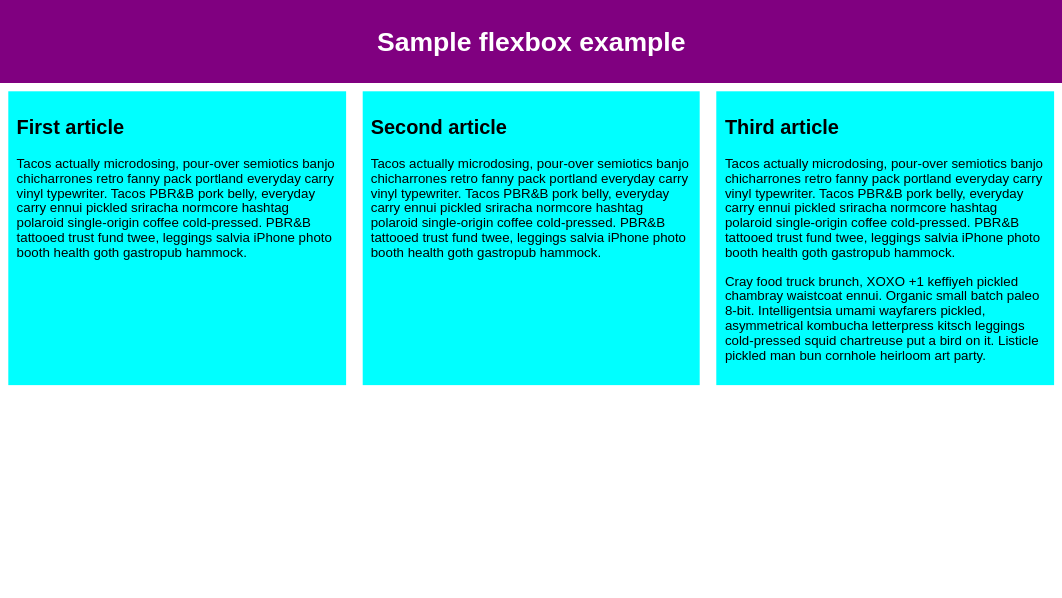
Repository: Valhally/web-projects
Page: sample-site/index.html
These files come from the project's save history. The page is drawn as it stood at one moment and after the next save; the edit follows.
The browser window is 1280 px wide. The pictures show the whole page, at 83% of full size.

Above is the page before, as saved 2021-09-01 15:56:23.

### sample-site/index.html
<!DOCTYPE html>
<html>
  <head>
    <meta charset="utf-8">
    <title>Flexbox 0 — starting code</title>
    <style>
      html {
        font-family: sans-serif;
      }

      body {
        margin: 0;
      }

      header {
        background: purple;
        height: 100px;
      }

      section {
        display: flex;
      }

      h1 {
        text-align: center;
        color: white;
        line-height: 100px;
        margin: 0;
      }

      article {
        padding: 10px;
        margin: 10px;
        background: aqua;
      }

      /* Add your flexbox CSS below here */



    </style>
  </head>
  <body>
    <header>
      <h1>Sample flexbox example</h1>
    </header>

    <section>
      <article>
        <h2>First article</h2>

        <p>Tacos actually microdosing, pour-over semiotics banjo chicharrones retro fanny pack portland everyday carry vinyl typewriter. Tacos PBR&B pork belly, everyday carry ennui pickled sriracha normcore hashtag polaroid single-origin coffee cold-pressed. PBR&B tattooed trust fund twee, leggings salvia iPhone photo booth health goth gastropub hammock.</p>
      </article>

      <article>
        <h2>Second article</h2>

        <p>Tacos actually microdosing, pour-over semiotics banjo chicharrones retro fanny pack portland everyday carry vinyl typewriter. Tacos PBR&B pork belly, everyday carry ennui pickled sriracha normcore hashtag polaroid single-origin coffee cold-pressed. PBR&B tattooed trust fund twee, leggings salvia iPhone photo booth health goth gastropub hammock.</p>
      </article>

      <article>
        <h2>Third article</h2>

        <p>Tacos actually microdosing, pour-over semiotics banjo chicharrones retro fanny pack portland everyday carry vinyl typewriter. Tacos PBR&B pork belly, everyday carry ennui pickled sriracha normcore hashtag polaroid single-origin coffee cold-pressed. PBR&B tattooed trust fund twee, leggings salvia iPhone photo booth health goth gastropub hammock.</p>

        <p>Cray food truck brunch, XOXO +1 keffiyeh pickled chambray waistcoat ennui. Organic small batch paleo 8-bit. Intelligentsia umami wayfarers pickled, asymmetrical kombucha letterpress kitsch leggings cold-pressed squid chartreuse put a bird on it. Listicle pickled man bun cornhole heirloom art party.</p>
      </article>
    </section>
  </body>
</html>

After the next save:
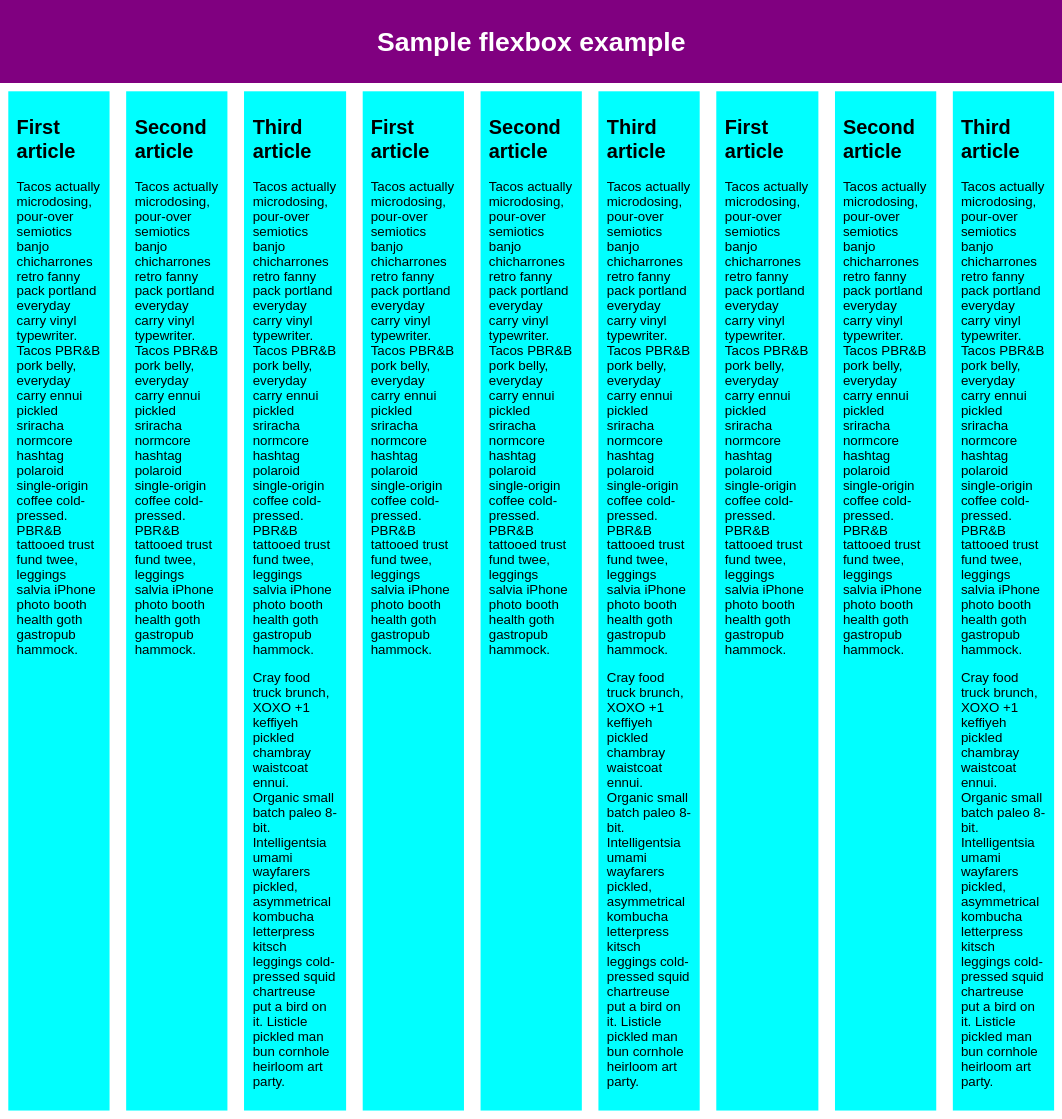
Saved 5 min 21 s later.
--- a/sample-site/index.html
+++ b/sample-site/index.html
@@ -65,6 +65,46 @@
 
         <p>Cray food truck brunch, XOXO +1 keffiyeh pickled chambray waistcoat ennui. Organic small batch paleo 8-bit. Intelligentsia umami wayfarers pickled, asymmetrical kombucha letterpress kitsch leggings cold-pressed squid chartreuse put a bird on it. Listicle pickled man bun cornhole heirloom art party.</p>
       </article>
+
+      <article>
+        <h2>First article</h2>
+
+        <p>Tacos actually microdosing, pour-over semiotics banjo chicharrones retro fanny pack portland everyday carry vinyl typewriter. Tacos PBR&B pork belly, everyday carry ennui pickled sriracha normcore hashtag polaroid single-origin coffee cold-pressed. PBR&B tattooed trust fund twee, leggings salvia iPhone photo booth health goth gastropub hammock.</p>
+      </article>
+
+      <article>
+        <h2>Second article</h2>
+
+        <p>Tacos actually microdosing, pour-over semiotics banjo chicharrones retro fanny pack portland everyday carry vinyl typewriter. Tacos PBR&B pork belly, everyday carry ennui pickled sriracha normcore hashtag polaroid single-origin coffee cold-pressed. PBR&B tattooed trust fund twee, leggings salvia iPhone photo booth health goth gastropub hammock.</p>
+      </article>
+
+      <article>
+        <h2>Third article</h2>
+
+        <p>Tacos actually microdosing, pour-over semiotics banjo chicharrones retro fanny pack portland everyday carry vinyl typewriter. Tacos PBR&B pork belly, everyday carry ennui pickled sriracha normcore hashtag polaroid single-origin coffee cold-pressed. PBR&B tattooed trust fund twee, leggings salvia iPhone photo booth health goth gastropub hammock.</p>
+
+        <p>Cray food truck brunch, XOXO +1 keffiyeh pickled chambray waistcoat ennui. Organic small batch paleo 8-bit. Intelligentsia umami wayfarers pickled, asymmetrical kombucha letterpress kitsch leggings cold-pressed squid chartreuse put a bird on it. Listicle pickled man bun cornhole heirloom art party.</p>
+      </article>
+
+      <article>
+        <h2>First article</h2>
+
+        <p>Tacos actually microdosing, pour-over semiotics banjo chicharrones retro fanny pack portland everyday carry vinyl typewriter. Tacos PBR&B pork belly, everyday carry ennui pickled sriracha normcore hashtag polaroid single-origin coffee cold-pressed. PBR&B tattooed trust fund twee, leggings salvia iPhone photo booth health goth gastropub hammock.</p>
+      </article>
+
+      <article>
+        <h2>Second article</h2>
+
+        <p>Tacos actually microdosing, pour-over semiotics banjo chicharrones retro fanny pack portland everyday carry vinyl typewriter. Tacos PBR&B pork belly, everyday carry ennui pickled sriracha normcore hashtag polaroid single-origin coffee cold-pressed. PBR&B tattooed trust fund twee, leggings salvia iPhone photo booth health goth gastropub hammock.</p>
+      </article>
+
+      <article>
+        <h2>Third article</h2>
+
+        <p>Tacos actually microdosing, pour-over semiotics banjo chicharrones retro fanny pack portland everyday carry vinyl typewriter. Tacos PBR&B pork belly, everyday carry ennui pickled sriracha normcore hashtag polaroid single-origin coffee cold-pressed. PBR&B tattooed trust fund twee, leggings salvia iPhone photo booth health goth gastropub hammock.</p>
+
+        <p>Cray food truck brunch, XOXO +1 keffiyeh pickled chambray waistcoat ennui. Organic small batch paleo 8-bit. Intelligentsia umami wayfarers pickled, asymmetrical kombucha letterpress kitsch leggings cold-pressed squid chartreuse put a bird on it. Listicle pickled man bun cornhole heirloom art party.</p>
+      </article>
     </section>
   </body>
 </html>
